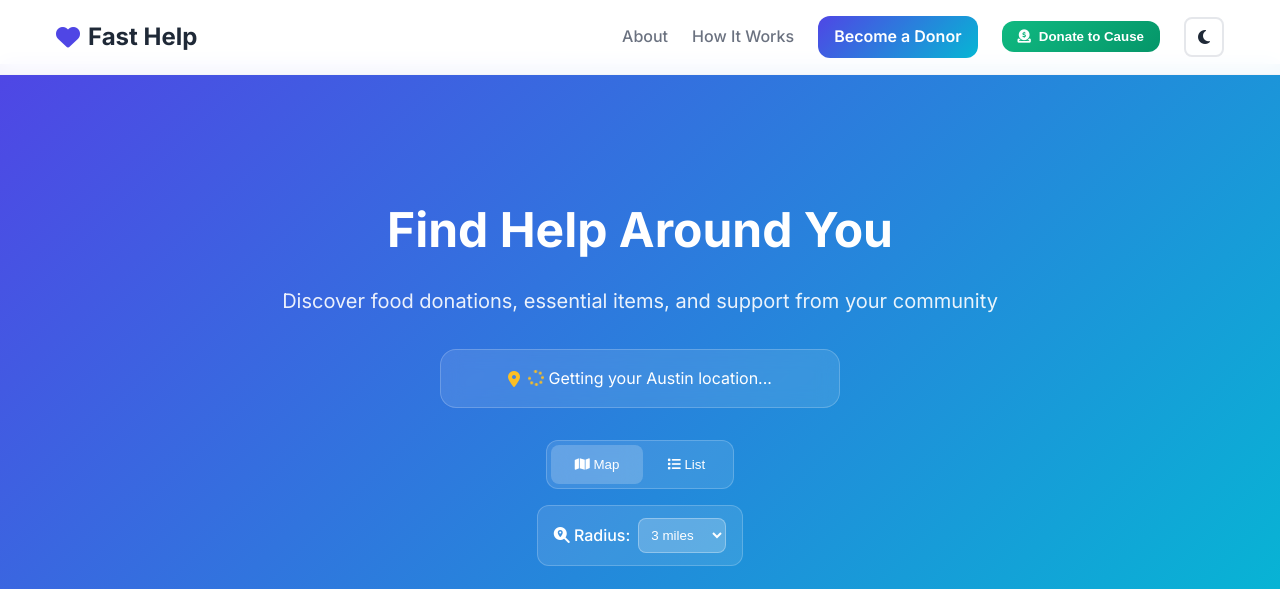
Repository: papykabukanyi/fasthelp
Page: public/index.html
An editor plug-in stored every save of this project. The page is shown before and after the next save, followed by the edit.
The browser window is 1280 px wide. The pictures show the part of the page from y = 0 to 589 px (the page is 2505 px tall before and 2531 px after).
Pictures or frames that could not be fetched are drawn as grey boxes.

Above is the page before, as saved 2025-06-28 22:32:52.

After the next save:
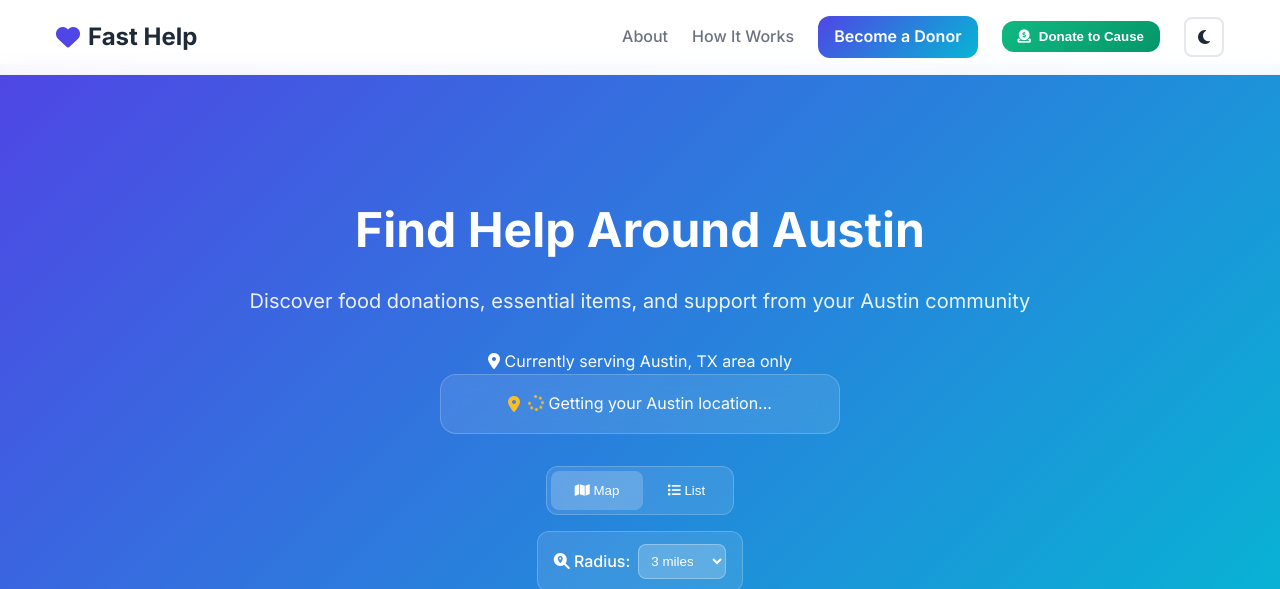
Saved 12 s later.
--- a/public/index.html
+++ b/public/index.html
@@ -40,11 +40,15 @@
     <!-- Hero Section -->
     <section class="hero">
         <div class="hero-content">
-            <h2>Find Help Around You</h2>
-            <p>Discover food donations, essential items, and support from your community</p>
+            <h2>Find Help Around Austin</h2>
+            <p>Discover food donations, essential items, and support from your Austin community</p>
+            <div class="austin-notice">
+                <i class="fas fa-map-marker-alt"></i>
+                <span>Currently serving Austin, TX area only</span>
+            </div>
             <div class="location-status">
                 <i class="fas fa-map-marker-alt"></i>
-                <span id="location-text">Getting your location...</span>
+                <span id="location-text">Getting your Austin location...</span>
                 <button id="enable-location" class="location-btn" style="display: none;">
                     <i class="fas fa-crosshairs"></i> Enable Location
                 </button>
